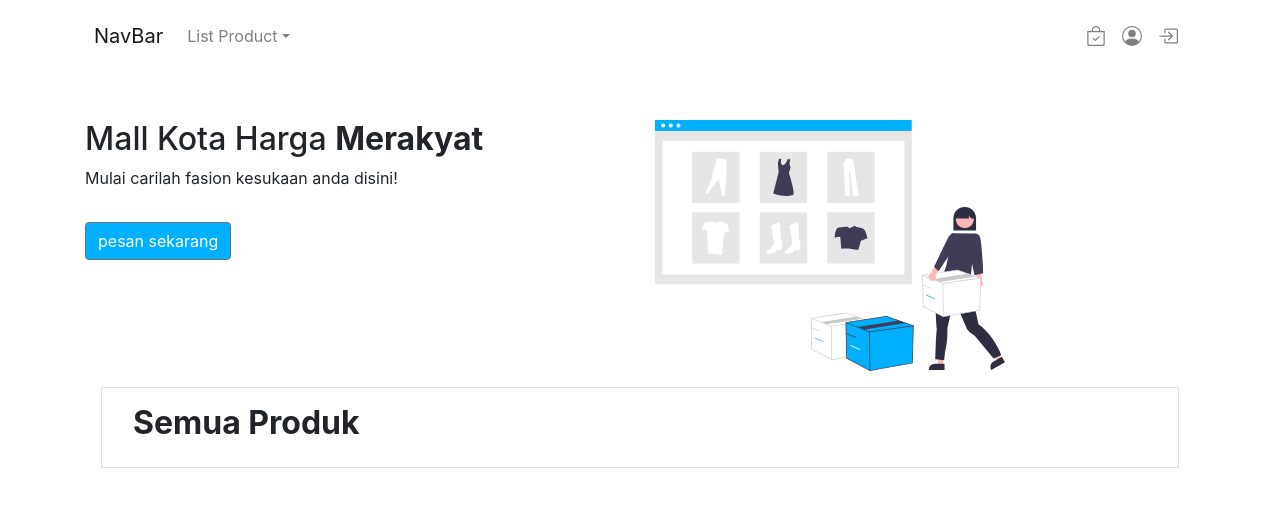
Repository: AHSANS354/ecommerce-catalog
Page: /
An editor plug-in stored every save of this project. The page is shown before and after the next save, followed by the edit.
The browser window is 1280 px wide. The pictures show the whole page.
The page's requests for data from a server got no answer. The project was rebuilt for these pictures with package versions that can differ from the ones it lists, and the page was loaded fresh each time. No one was signed in, and anything a server would have sent is missing. Also part of the build but not shown: vue.config.js, src/components/CardProduct.vue.

Above is the page before, as saved 2023-03-01 22:19:34.

### src/main.js
import Vue from "vue";
import App from "./App.vue";
import router from "./router";
import { BootstrapVue, IconsPlugin } from "bootstrap-vue";
// Import Bootstrap and BootstrapVue CSS files (order is important)
import "bootstrap/dist/css/bootstrap.css";
import "bootstrap-vue/dist/bootstrap-vue.css";
import "./assets/style/main.css";

// Make BootstrapVue available throughout your project
Vue.use(BootstrapVue);
// Optionally install the BootstrapVue icon components plugin
Vue.use(IconsPlugin);

Vue.config.productionTip = false;

new Vue({
  router,
  render: (h) => h(App),
}).$mount("#app");

### src/App.vue
<template>
  <div id="app">
    <router-view />
  </div>
</template>

### src/assets/style/main.css
.btn.btn-secondary {
  background-color: #00b0ff !important;
}

.card-img-top {
  height: 18rem;
}

.card {
  padding: 2rem;
}

.deskripsi {
  display: -webkit-box;
  -webkit-line-clamp: 3;
  -webkit-box-orient: vertical;
  overflow: hidden;
  text-overflow: ellipsis;
}

.title {
  display: -webkit-box;
  -webkit-line-clamp: 2;
  -webkit-box-orient: vertical;
  overflow: hidden;
  text-overflow: ellipsis;
}

### src/views/HomeView.vue
<template>
  <div class="home">
    <navbar-view />
    <div class="container mt-5">
      <div class="row">
        <div class="col-md-6">
          <h2>Mall Kota Harga <strong>Merakyat</strong></h2>
          <p>Mulai carilah fasion kesukaan anda disini!</p>

          <b-button class="mt-3"> pesan sekarang </b-button>
        </div>
        <div class="col-md-6">
          <img
            src="../assets/images/undraw_web_shopping_re_owap.svg"
            alt="foto"
            width="350"
          />
        </div>
      </div>

      <div class="row border m-3 p-3">
        <div class="col-md-6">
          <h2><strong>Semua Produk</strong></h2>
        </div>
      </div>

      <div class="row">
        <div class="col-md-4" v-for="product in products" :key="product.id">
          <card-product :product="product" />
        </div>
      </div>
    </div>
  </div>
</template>

<script>
import NavbarView from "@/components/NavbarView.vue";
import CardProduct from "@/components/CardProduct.vue";
import axios from "axios";
// @ is an alias to /src

export default {
  name: "HomeView",
  components: {
    NavbarView,
    CardProduct,
  },
  data() {
    return {
      products: [],
    };
  },
  methods: {
    setProduct(data) {
      this.products = data;
    },
  },
  mounted() {
    axios
      .get("https://fakestoreapi.com/products")
      .then((response) => this.setProduct(response.data))
      .catch((error) => console.log(error));
  },
};
</script>

### src/components/NavbarView.vue
<template>
  <div class="container p-2">
    <b-navbar toggleable="lg" type="light">
      <router-link class="navbar-brand" to="/">NavBar</router-link>

      <b-navbar-toggle target="nav-collapse"></b-navbar-toggle>

      <b-collapse id="nav-collapse" is-nav>
        <b-navbar-nav>
          <b-nav-item-dropdown text="List Product" right>
            <router-link class="dropdown-item" to="/">EN</router-link>
            <router-link class="dropdown-item" to="/">ES</router-link>
            <router-link class="dropdown-item" to="/">RU</router-link>
            <router-link class="dropdown-item" to="/">FA</router-link>
          </b-nav-item-dropdown>
        </b-navbar-nav>

        <!-- Right aligned nav items -->
        <b-navbar-nav class="ml-auto">
          <router-link to="/"
            ><b-nav-item><b-icon-bag-check></b-icon-bag-check></b-nav-item
          ></router-link>
          <router-link to="/"
            ><b-nav-item
              ><b-icon-person-circle></b-icon-person-circle></b-nav-item
          ></router-link>
          <router-link to="/"
            ><b-nav-item
              ><b-icon-box-arrow-in-right></b-icon-box-arrow-in-right></b-nav-item
          ></router-link>
        </b-navbar-nav>
      </b-collapse>
    </b-navbar>
  </div>
</template>

<script>
export default {
  name: "NavbarView",
};
</script>

<style>
</style>

Loaded but not shown: public/index.html (common file); src/router/index.js (common file)

After the next save:
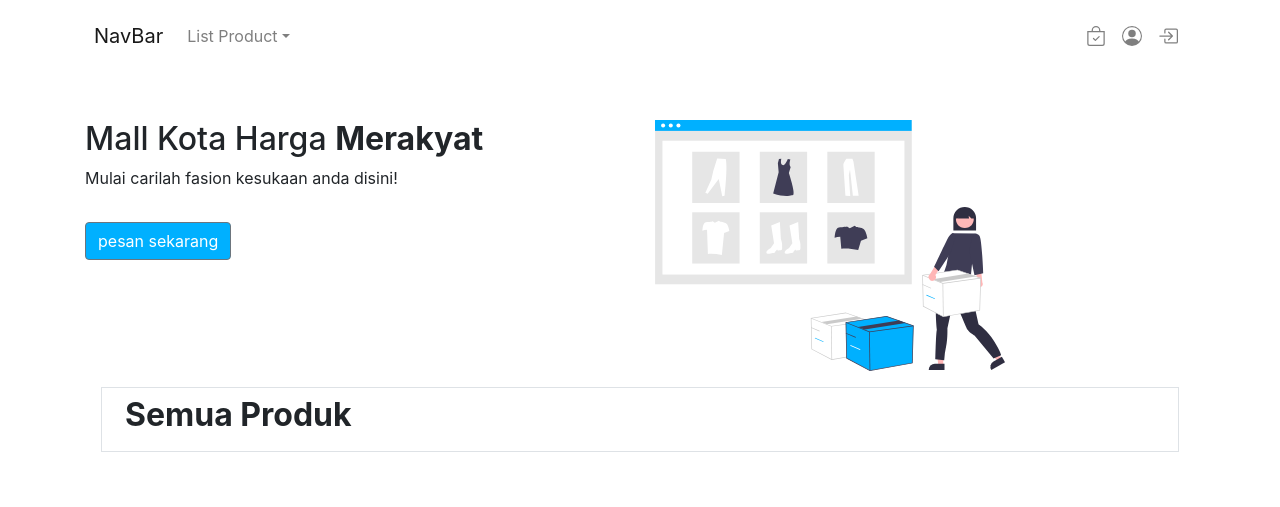
Saved 2 min 15 s later.
--- a/src/views/HomeView.vue
+++ b/src/views/HomeView.vue
@@ -18,7 +18,7 @@
         </div>
       </div>
 
-      <div class="row border m-3 p-3">
+      <div class="row border m-3 p-2">
         <div class="col-md-6">
           <h2><strong>Semua Produk</strong></h2>
         </div>
